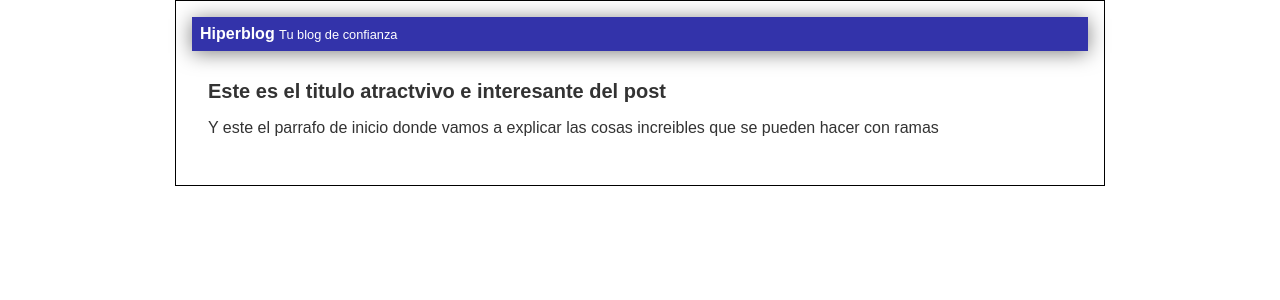
Repository: Areinomora/hiperblog
Page: blogpost.html
The author's editor kept a copy of each file at every save. The page is drawn from the files as they stood at one save, then again after the next save.
The browser window is 1280 px wide. The pictures show the whole page.

Above is the page before, as saved 2022-12-22 09:48:10.

After the next save:
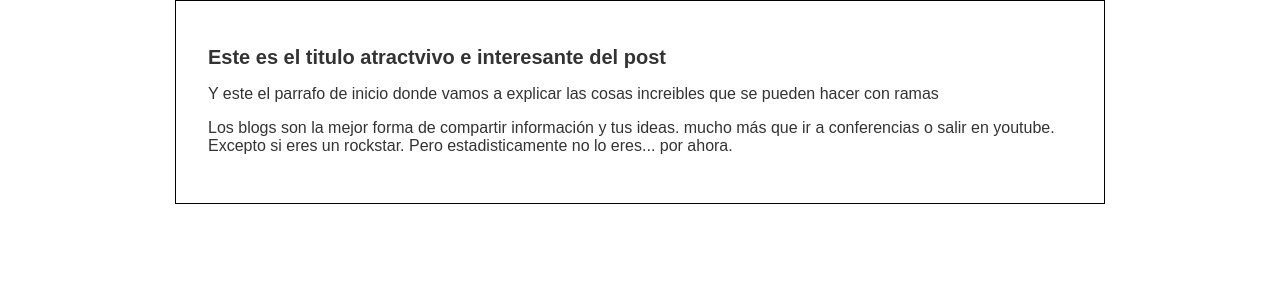
Saved 29 min 40 s later.
--- a/blogpost.html
+++ b/blogpost.html
@@ -9,15 +9,14 @@
     </head>
     <body>
         <div id="container">
-            <div id="cabecera">
-                Hiperblog
-                <span id="tagline"> Tu blog de confianza</span>
-            </div>
             <div id="post">
                 <h1>Este es el titulo atractvivo e interesante del post</h1>
                 <p>Y este el parrafo de inicio donde vamos a explicar las cosas increibles
                     que se pueden hacer con ramas
                 </p>
+                <p> Los blogs son la mejor forma de compartir información y tus ideas.
+                    mucho más que ir a conferencias o salir en youtube. Excepto si eres un rockstar. Pero estadisticamente no lo eres... por ahora.
+                </p>
             </div>
         </div>
     </body>
